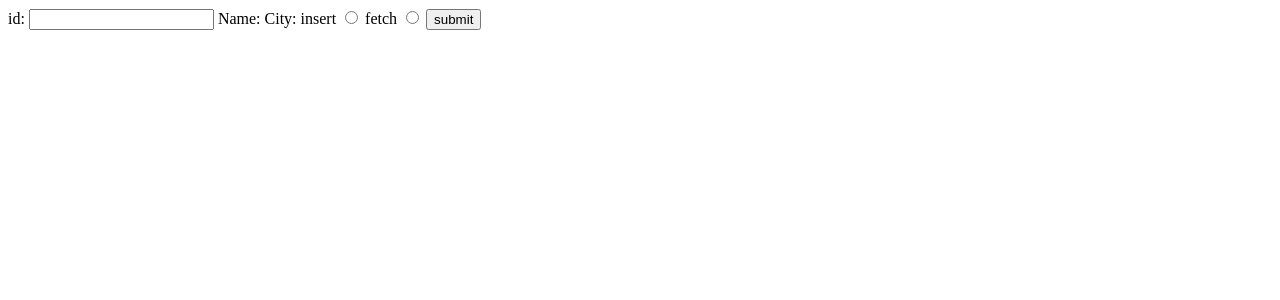
Repository: vish971-rx/Repo796
Page: http://localhost/FirstProject/
These files come from the project's save history. The page is drawn as it stood at one moment and after the next save; the edit follows.
The browser window is 1280 px wide. The pictures show the whole page.
The page is served by Tomcat 9.

Above is the page before, as saved 2019-11-06 13:47:07.

After the next save:
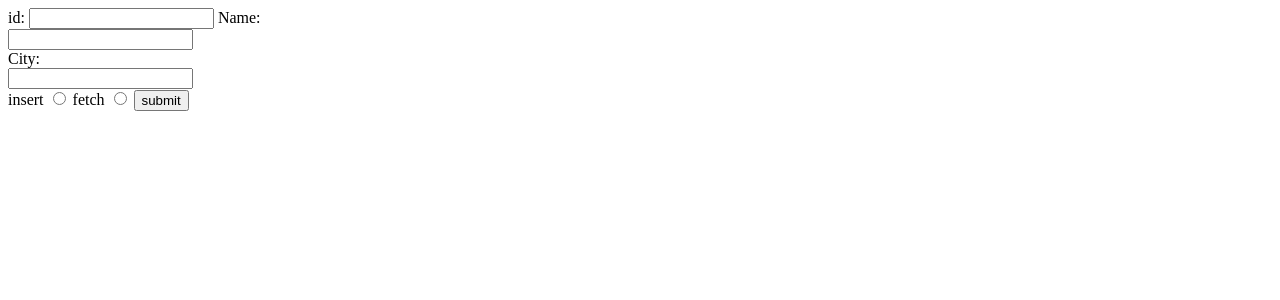
Saved 40 s later.
--- a/Hibernate/FirstProject/src/main/webapp/index.jsp
+++ b/Hibernate/FirstProject/src/main/webapp/index.jsp
@@ -22,8 +22,8 @@ function abc()
 
 	if(document.getElementById("two"))
 	{
-		document.getElementById("text1").style.display="block";
-		document.getElementById("text2").style.display="block";
+		document.getElementById("text1").style.display="none";
+		document.getElementById("text2").style.display="none";
 	}
 }
 
@@ -38,8 +38,8 @@ function abc1()
 </script>
 <form method="post"  action="CustomerServlet">
 id: <input type="text" name="uid" id="text3">
-Name: <input type="text" name="name" id="text1" style="display:none;">
-City: <input type="text" name="cname" id="text2" style="display:none;">
+Name: <input type="text" name="name" id="text1" style="display:block;">
+City: <input type="text" name="cname" id="text2" style="display:block;">
 insert   <input type="radio" name="c1" value="insert" id="one" onclick="abc1()">
 fetch    <input type="radio" name="c1" value="fetch" id="two" onclick="abc()">
 
